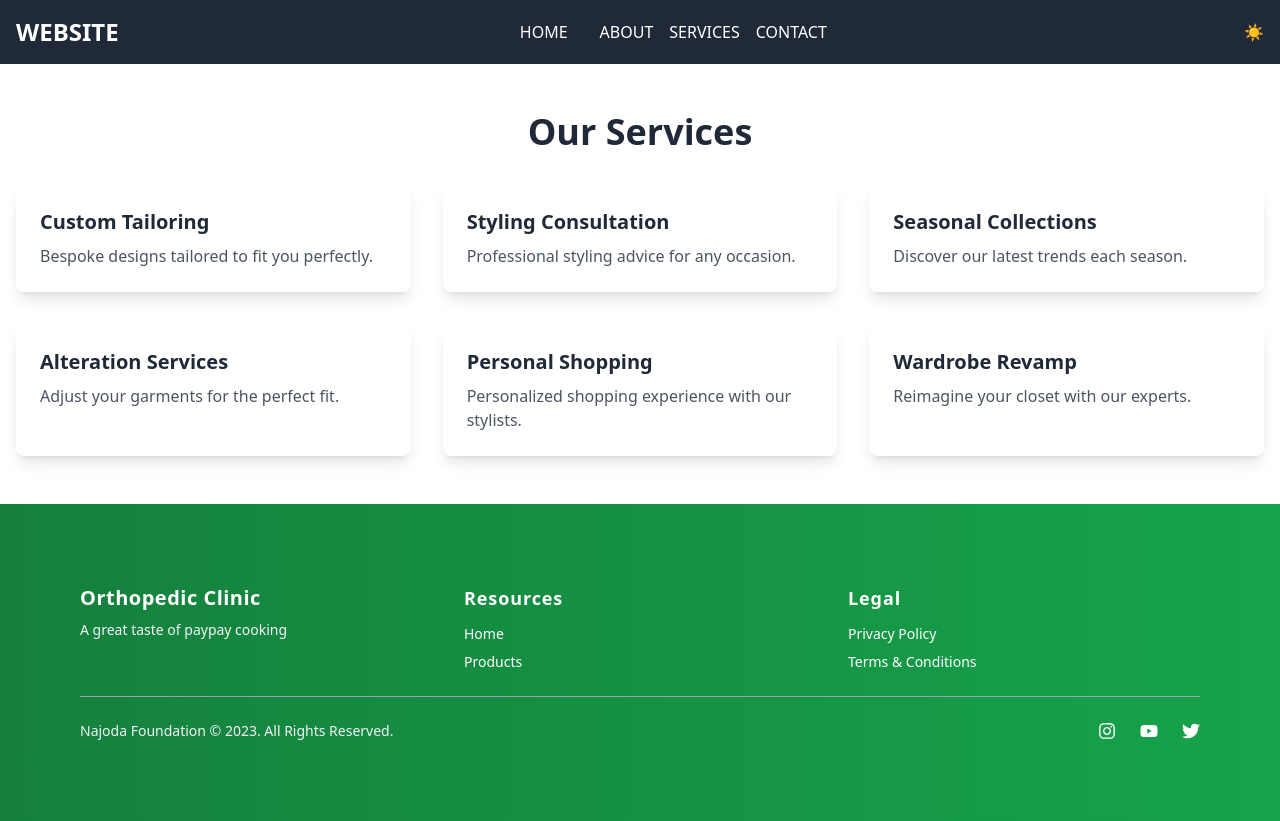
Repository: countaustin1990/file-C-Users-user-Documents-Final-20Cart
Page: /services (app in Documents/BXXXN/my-app/)
The author's editor kept a copy of each file at every save. The page is drawn from the files as they stood at one save, then again after the next save.
The browser window is 1280 px wide. The pictures show the whole page.
The project was rebuilt for these pictures with package versions that can differ from the ones it lists, and the page was loaded fresh each time. Also part of the build but not shown: Documents/BXXXN/my-app/vite.config.js, Documents/BXXXN/my-app/src/components/folder/HeroSection.test.jsx, Documents/BXXXN/my-app/src/components/horizontalscroll/style.css, Documents/BXXXN/my-app/src/components/horizontalscroll/HorizontalScroll.jsx, Documents/BXXXN/my-app/src/pages/home/Home.test.jsx, Documents/BXXXN/my-app/src/pages/contact/Contact.jsx, Documents/BXXXN/my-app/src/pages/about/About.jsx.

Above is the page before, as saved 2024-10-31 21:50:58.

### Documents/BXXXN/my-app/src/App.jsx
import { BrowserRouter as Router, Routes, Route } from 'react-router-dom';
import Navbar from './components/navbar/Navbar.pro';
import Home from './pages/home/Home.test';
import Footer from './components/footer/Footer';
import { useEffect, useState } from 'react';
import Contact from './pages/contact/Contact';
import About from './pages/about/About';
import Services from './pages/services/Services';

const App = () => {
  const [theme, setTheme] = useState('dark');

  // Toggle theme function
  const toggleTheme = () => {
    const newTheme = theme === 'light' ? 'dark' : 'light';
    setTheme(newTheme);
    localStorage.setItem('theme', newTheme);
  };

  useEffect(() => {
    const savedTheme = localStorage.getItem('theme');
    if (savedTheme) {
      setTheme(savedTheme);
    } else {
      setTheme('dark'); // Default to dark mode
    }
  }, []);

  return (
    <Router>
      <Navbar toggleTheme={toggleTheme} theme={theme} />
      <Routes>
        <Route path="/home" element={<Home theme={theme} />} /> {/* Pass theme prop to Home */}
        {/* Add more routes as needed */}
        <Route path="/about" element={<About theme={theme} />} />
        <Route path="/services" element={<Services theme={theme} />} />
        <Route path="/contact" element={<Contact theme={theme} />} />
      </Routes>
      <Footer />
    </Router>
  );
};

export default App;

### Documents/BXXXN/my-app/src/index.css
@tailwind base;
@tailwind components;
@tailwind utilities;

/* Global Styles */
.app {
  transition: background-color 0.3s ease-in-out;
}

/* Light and Dark Mode Styles */
.light-mode {
  background-color: #f0f0f0;
  color: #000;
}

.dark-mode {
  background-color: #1e1e1e;
  color: #fff;
}

/* Hero Section */
.hero {
  display: flex;
  justify-content: center;
  align-items: center;
  height: 70svh;
  text-align: center;
}

.hero-content h1 {
  font-size: 2.5rem;
  margin-bottom: 1rem;
}

.hero-content p {
  font-size: 1.2rem;
  margin-bottom: 1.5rem;
}

.cta-button {
  padding: 0.75rem 1.5rem;
  font-size: 1rem;
  background-color: rgb(22 163 74);

  color: white;
  border: none;
  cursor: pointer;
  border-radius: 5px;
}

.cta-button:hover {
  background-color: #22923c;
}

/* Toggle Switch Styles */
.switch {
  position: relative;
  display: inline-block;
  width: 60px;
  height: 34px;
  margin-top: 20px;
}

.switch input {
  opacity: 0;
  width: 0;
  height: 0;
}

.slider {
  position: absolute;
  cursor: pointer;
  top: 0;
  left: 0;
  right: 0;
  bottom: 0;
  background-color: #ccc;
  transition: 0.4s;
  border-radius: 34px;
}

.slider:before {
  position: absolute;
  content: "";
  height: 26px;
  width: 26px;
  border-radius: 50%;
  left: 4px;
  bottom: 4px;
  background-color: white;
  transition: 0.4s;
}

input:checked + .slider {
  background-color: #5494de;
}

input:checked + .slider:before {
  transform: translateX(26px);
}

/* Decoration (Additional Styling) */
.decoration {
  position: absolute;
  right: 10px;
  top: 5px;
  width: 8px;
  height: 8px;
  background-color: yellow;
  border-radius: 50%;
  box-shadow: 0 0 5px 2px yellow;
}

### Documents/BXXXN/my-app/src/components/navbar/Navbar.pro.jsx
import PropTypes from 'prop-types';
import { useState } from 'react';
import { Link } from 'react-router-dom';

const Navbar = ({ theme, toggleTheme }) => {
  const [isMenuOpen, setIsMenuOpen] = useState(false);

  const handleMenuToggle = () => {
    setIsMenuOpen(!isMenuOpen);
  };

  return (
    <nav className={`navbar ${theme === 'light' ? 'bg-white text-black' : 'bg-gray-800 text-white'} transition-colors duration-300`}>
      <div className="container mx-auto flex justify-between items-center p-4">
        {/* Website Name */}
        <h1 className="text-2xl font-bold uppercase">Website</h1>

        {/* Links for Desktop */}
        <ul className="hidden md:flex space-x-4 uppercase">
          <li><Link to="home" className="hover:underline">Home</Link></li>
          <li><Link to="about" className="hover:underline">About</Link></li>
          <li><Link to="services" className="hover:underline">Services</Link></li>
          <li><Link to="contact" className="hover:underline">Contact</Link></li>
        </ul>

        {/* Theme Toggle Button */}
        <button onClick={toggleTheme} className="ml-4 toggle-theme" aria-label={`Switch to ${theme === 'light' ? 'dark' : 'light'} mode`}>
          {theme === 'light' ? '🌙' : '☀️'}
        </button>

        {/* Mobile Menu Button */}
        <button
          onClick={handleMenuToggle}
          className="block md:hidden focus:outline-none ml-4"
          aria-label="Toggle menu"
        >
          {isMenuOpen ? '✖' : '☰'} {/* Menu icon changes when clicked */}
        </button>
      </div>

      {/* Links for Mobile */}
      {isMenuOpen && (
        <ul className={`md:hidden p-4 space-y-2 ${theme === 'light' ? 'bg-white text-black' : 'bg-gray-800 text-white'}`}>
          <li><Link to="home" className="block">Home</Link></li>
          <li><Link to="about" className="block">About</Link></li>
          <li><Link to="services" className="block">Services</Link></li>
          <li><Link to="contact" className="block">Contact</Link></li>
        </ul>
      )}
    </nav>
  );
};

Navbar.propTypes = {
  theme: PropTypes.string.isRequired,
  toggleTheme: PropTypes.func.isRequired,
};

export default Navbar;

### Documents/BXXXN/my-app/src/components/footer/Footer.jsx
import { Link } from "react-router-dom";
import { FaYoutube, FaTwitter, FaInstagram } from "react-icons/fa";



const Footer = () => {
  const scrollToTop = () => {
    window.scrollTo({
      top: 0,
      behavior: 'smooth', // Smooth scroll
    });
  };
  return (
    <footer className="bg-gradient-to-r from-green-700 to-green-600 text-white p-16">
      <div className="w-full max-w-full p-4">
        <div className="grid grid-cols-1 md:grid-cols-3 gap-8">
          <div>
            <Link to="/" className="flex items-center space-x-5"  onClick={scrollToTop}>
              {/* Add Logo if necessary */}
              <span className="text-xl font-bold capitalize tracking-wide">
                Orthopedic Clinic
              </span>
            </Link>
            <p className="mt-2 text-sm text-gray-100">
              A great taste of paypay cooking
            </p>
          </div>

          <div>
            <h2 className="mb-3 text-lg font-semibold tracking-wider">
              Resources
            </h2>
            <ul className="space-y-2 text-sm">
              <li>
                <Link to="/" className="hover:text-gray-100 transition duration-300"  onClick={scrollToTop}>Home</Link>
              </li>
              <li>
                <Link to="/products" className="hover:text-gray-100 transition duration-300"  onClick={scrollToTop}>Products</Link>
              </li>
              {/*<li>
                <Link to="/services" className="hover:text-gray-100 transition duration-300">Services</Link>
              </li>
              <li>
                <Link to="/contact" className="hover:text-gray-100 transition duration-300">Contact</Link>
              </li>
              <li>
                <Link to="/blog" className="hover:text-gray-100 transition duration-300">Blog</Link>
              </li>*/}
            </ul>
          </div>

          <div>
            <h2 className="mb-3 text-lg font-semibold tracking-wider">
              Legal
            </h2>
            <ul className="space-y-2 text-sm">
              <li>
                <Link to="/privacy-policy" className="hover:text-gray-100 transition duration-300">Privacy Policy</Link>
              </li>
              <li>
                <Link to="/terms-conditions" className="hover:text-gray-100 transition duration-300">Terms & Conditions</Link>
              </li>
            </ul>
          </div>
        </div>

        <hr className="my-6 border-gray-400" />

        <div className="flex justify-between items-center">
          <span className="text-sm text-gray-100">
            Najoda Foundation © 2023. All Rights Reserved.
          </span>
          <div className="flex space-x-6">
            <a
              href="https://instagram.com"
              className="hover:text-white transition duration-300"
              target="_blank"
              rel="noopener noreferrer"
            >
              <FaInstagram size={18} />
              <span className="sr-only">Instagram</span>
            </a>
            <a
              href="https://youtube.com"
              className="hover:text-white transition duration-300"
              target="_blank"
              rel="noopener noreferrer"
            >
              <FaYoutube size={18} />
              <span className="sr-only">YouTube</span>
            </a>
            <a
              href="https://twitter.com"
              className="hover:text-white transition duration-300"
              target="_blank"
              rel="noopener noreferrer"
            >
              <FaTwitter size={18} />
              <span className="sr-only">Twitter</span>
            </a>
          </div>
        </div>
      </div>
    </footer>
  );
};

export default Footer;

### Documents/BXXXN/my-app/src/pages/services/Services.jsx


const Services = ({ isDarkMode }) => {
  const services = [
    { title: "Custom Tailoring", description: "Bespoke designs tailored to fit you perfectly." },
    { title: "Styling Consultation", description: "Professional styling advice for any occasion." },
    { title: "Seasonal Collections", description: "Discover our latest trends each season." },
    { title: "Alteration Services", description: "Adjust your garments for the perfect fit." },
    { title: "Personal Shopping", description: "Personalized shopping experience with our stylists." },
    { title: "Wardrobe Revamp", description: "Reimagine your closet with our experts." },
  ];

  return (
    <div className={`container mx-auto py-12 px-4 ${isDarkMode ? 'bg-gray-800 text-white' : 'bg-white text-gray-800'}`}>
      <h1 className="text-4xl font-bold text-center mb-8">Our Services</h1>
      <div className="grid grid-cols-1 md:grid-cols-2 lg:grid-cols-3 gap-8">
        {services.map((service, index) => (
          <div
            key={index}
            className={`p-6 shadow-lg rounded-lg transition-transform transform hover:scale-105 ${isDarkMode ? 'bg-gray-700' : 'bg-white'}`}
          >
            <h2 className="text-xl font-semibold mb-2">{service.title}</h2>
            <p className="text-gray-600">{service.description}</p>
          </div>
        ))}
      </div>
    </div>
  );
};

export default Services;

### Documents/BXXXN/my-app/src/components/folder/style.css
/* style.css */
.app.dark-mode {
  background-color: #1a1a2e;
  color: #fff;
}

.app.light-mode {
  background-color: #f4f4f9;
  color: #333;
}

.hero-content h1 {
  font-size: 3rem;
}

.cta-button {
  padding: 0.5rem 2rem;
  background-color: #15983e;
  color: white;
  border: none;
  border-radius: 0.25rem;
  cursor: pointer;
}

.cta-button:hover {
  background-color: #157b3c;
}

/* Dark/Light Mode Toggle Styles */
.switch {
  position: relative;
  display: inline-block;
  width: 60px;
  height: 34px;
}

.switch input {
  opacity: 0;
  width: 0;
  height: 0;
}

.slider {
  position: absolute;
  top: 0;
  left: 0;
  right: 0;
  bottom: 0;
  background-color: #ccc;
  border-radius: 34px;
}

.slider:before {
  position: absolute;
  content: "";
  height: 26px;
  width: 26px;
  left: 4px;
  bottom: 4px;
  background-color: white;
  border-radius: 50%;
  transition: 0.4s;
}

input:checked + .slider {
  background-color: #2196F3;
}

input:checked + .slider:before {
  transform: translateX(26px);
}

/* Additional Styles */
.flex {
  display: flex;
}

.space-x-4 > *:not(:last-child) {
  margin-right: 1rem;
}

Loaded but not shown: Documents/BXXXN/my-app/index.html (common file); Documents/BXXXN/my-app/src/main.jsx (common file); Documents/BXXXN/my-app/tailwind.config.js (common file)

After the next save:
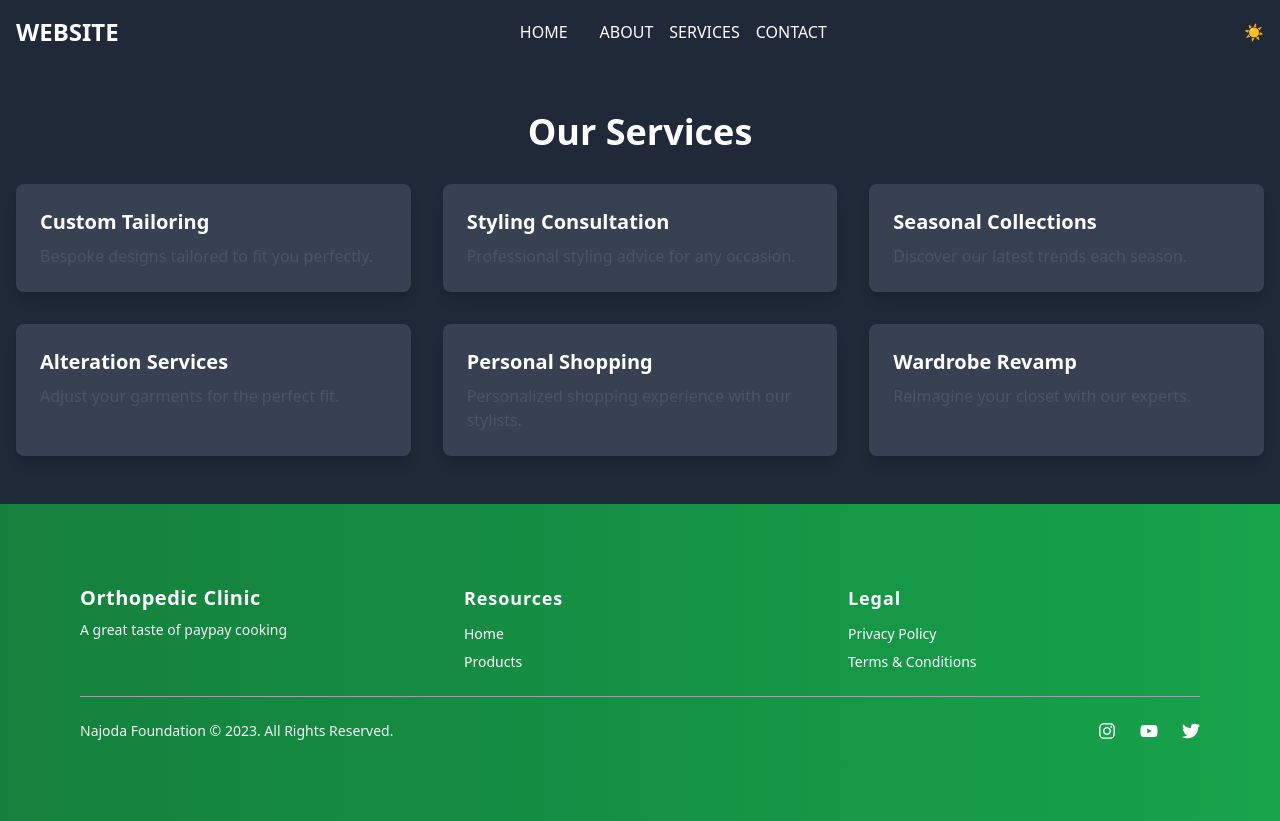
Saved 44 s later.
--- a/Documents/BXXXN/my-app/src/pages/services/Services.jsx
+++ b/Documents/BXXXN/my-app/src/pages/services/Services.jsx
@@ -1,6 +1,6 @@
+import PropTypes from 'prop-types';
 
-
-const Services = ({ isDarkMode }) => {
+const Services = ({ theme }) => {
   const services = [
     { title: "Custom Tailoring", description: "Bespoke designs tailored to fit you perfectly." },
     { title: "Styling Consultation", description: "Professional styling advice for any occasion." },
@@ -11,13 +11,13 @@ const Services = ({ isDarkMode }) => {
   ];
 
   return (
-    <div className={`container mx-auto py-12 px-4 ${isDarkMode ? 'bg-gray-800 text-white' : 'bg-white text-gray-800'}`}>
+    <div className={`container mx-auto py-12 px-4 ${theme === 'light' ? 'bg-white text-gray-800' : 'bg-gray-800 text-white'}`}>
       <h1 className="text-4xl font-bold text-center mb-8">Our Services</h1>
       <div className="grid grid-cols-1 md:grid-cols-2 lg:grid-cols-3 gap-8">
         {services.map((service, index) => (
           <div
             key={index}
-            className={`p-6 shadow-lg rounded-lg transition-transform transform hover:scale-105 ${isDarkMode ? 'bg-gray-700' : 'bg-white'}`}
+            className={`p-6 shadow-lg rounded-lg transition-transform transform hover:scale-105 ${theme === 'light' ? 'bg-white' : 'bg-gray-700'}`}
           >
             <h2 className="text-xl font-semibold mb-2">{service.title}</h2>
             <p className="text-gray-600">{service.description}</p>
@@ -28,4 +28,9 @@ const Services = ({ isDarkMode }) => {
   );
 };
 
+// PropTypes validation
+Services.propTypes = {
+  theme: PropTypes.string.isRequired,
+};
+
 export default Services;
